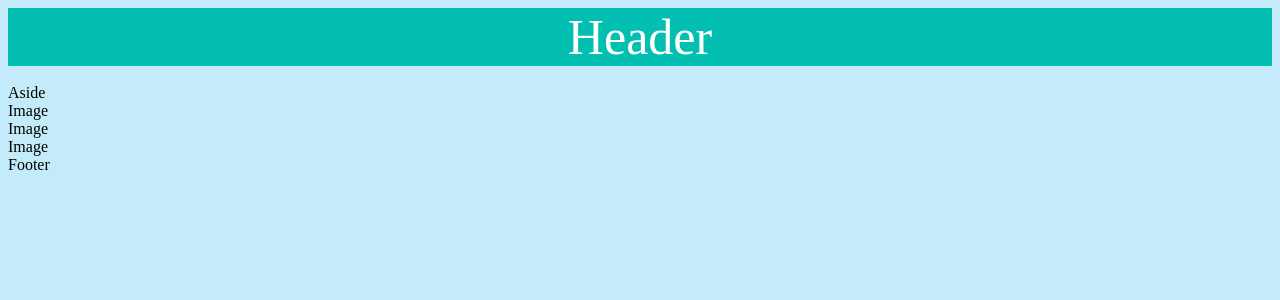
Repository: huyennvo/CSS
Page: flex-css-example/index.html
An editor plug-in stored every save of this project. The page is shown before and after the next save, followed by the edit.
The browser window is 1280 px wide. The pictures show the whole page.

Above is the page before, as saved 2022-07-18 10:36:50.

After the next save:
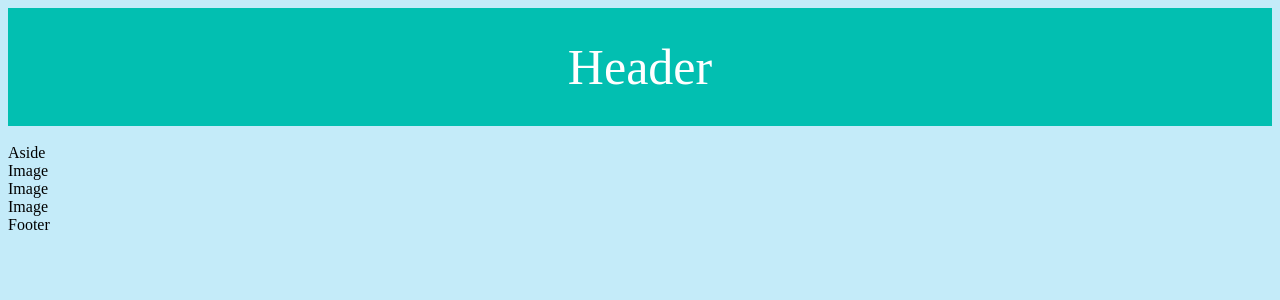
Saved 16 s later.
--- a/flex-css-example/index.css
+++ b/flex-css-example/index.css
@@ -5,7 +5,8 @@
     background-color: #02BFB1;
     text-align: center;
     color: white;
-    font-size: 50px
+    font-size: 50px;
+    padding: 30px;
 }
 
 html {
